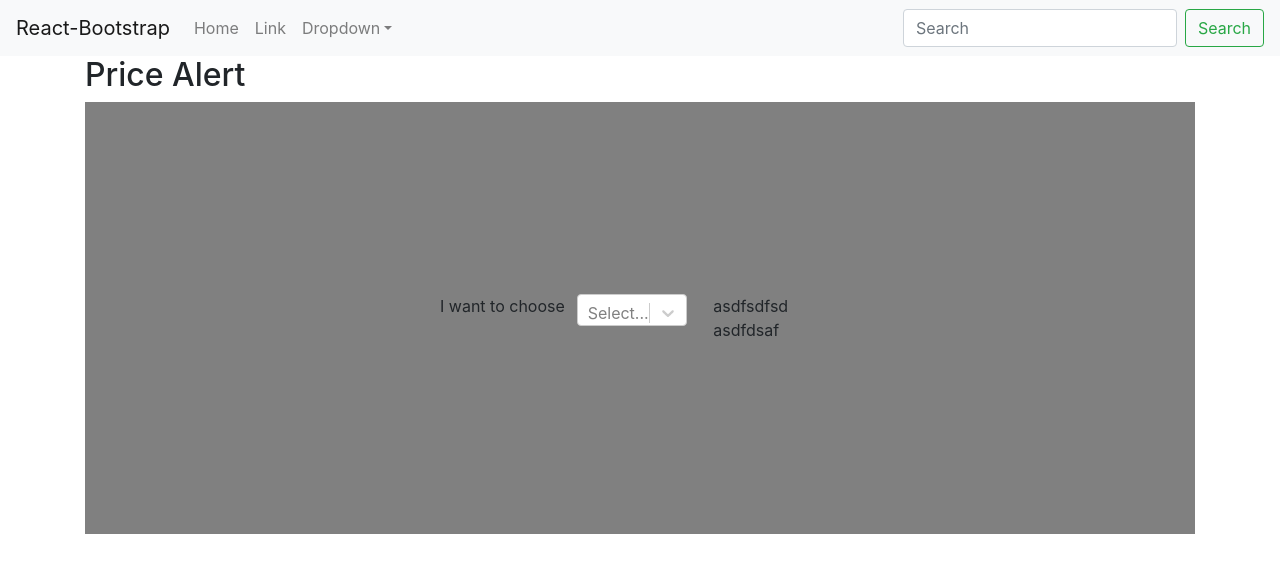
Repository: flychicken123/PriceAlertFront
Page: /
An editor plug-in stored every save of this project. The page is shown before and after the next save, followed by the edit.
The browser window is 1280 px wide. The pictures show the whole page.
The page's requests for data from a server got no answer. The project was rebuilt for these pictures with package versions that can differ from the ones it lists, and the page was loaded fresh each time. No one was signed in, and anything a server would have sent is missing. Also part of the build but not shown: src/App.css.

Above is the page before, as saved 2021-03-07 09:56:42.

### public/index.html
<!DOCTYPE html>
<html lang="en">
  <head>
    <meta charset="utf-8" />
    <link rel="icon" href="%PUBLIC_URL%/favicon.ico" />
    <meta name="viewport" content="width=device-width, initial-scale=1" />
    <meta name="theme-color" content="#000000" />
    <meta
      name="description"
      content="Web site created using create-react-app"
    />
    <link rel="apple-touch-icon" href="%PUBLIC_URL%/logo192.png" />
    <!--
      manifest.json provides metadata used when your web app is installed on a
      user's mobile device or desktop. See https://developers.google.com/web/fundamentals/web-app-manifest/
    -->
    <link rel="manifest" href="%PUBLIC_URL%/manifest.json" />
    <link
  rel="stylesheet"
  href="https://cdn.jsdelivr.net/npm/bootstrap@4.6.0/dist/css/bootstrap.min.css"
  integrity="sha384-B0vP5xmATw1+K9KRQjQERJvTumQW0nPEzvF6L/Z6nronJ3oUOFUFpCjEUQouq2+l"
  crossorigin="anonymous"
/>
<link rel="stylesheet" href="https://fonts.googleapis.com/css?family=Roboto:300,400,500,700&display=swap" />

    <!--
      Notice the use of %PUBLIC_URL% in the tags above.
      It will be replaced with the URL of the `public` folder during the build.
      Only files inside the `public` folder can be referenced from the HTML.

      Unlike "/favicon.ico" or "favicon.ico", "%PUBLIC_URL%/favicon.ico" will
      work correctly both with client-side routing and a non-root public URL.
      Learn how to configure a non-root public URL by running `npm run build`.
    -->
    <title>React App</title>
  </head>
  <body>
    <noscript>You need to enable JavaScript to run this app.</noscript>
    <div id="root"></div>
    <!--
      This HTML file is a template.
      If you open it directly in the browser, you will see an empty page.

      You can add webfonts, meta tags, or analytics to this file.
      The build step will place the bundled scripts into the <body> tag.

      To begin the development, run `npm start` or `yarn start`.
      To create a production bundle, use `npm run build` or `yarn build`.
    -->
  </body>
</html>

### src/App.js
import logo from './logo.svg';
import './App.css';
import { BrowserRouter as Router, Switch, Route } from 'react-router-dom';
import TopNavbar from './components/TopNavbar';
import Home from './components/Home.jsx';
const App = () => {
  return (
    <Router>
      <TopNavbar />
      <Switch>
        <Route path='/' component={Home} />
      </Switch>
    </Router>
  )
}

export default App;

### src/components/TopNavbar.jsx
import React, { Component } from 'react';
import { Button, Navbar, Nav, NavDropdown, Form, FormControl } from "react-bootstrap";
const TopNavbar = () => {
    return (
        <div>
            <Navbar bg="light" expand="lg">
                <Navbar.Brand href="#home">React-Bootstrap</Navbar.Brand>
                <Navbar.Toggle aria-controls="basic-navbar-nav" />
                <Navbar.Collapse id="basic-navbar-nav">
                    <Nav className="mr-auto">
                        <Nav.Link href="#home">Home</Nav.Link>
                        <Nav.Link href="#link">Link</Nav.Link>
                        <NavDropdown title="Dropdown" id="basic-nav-dropdown">
                            <NavDropdown.Item href="#action/3.1">Action</NavDropdown.Item>
                            <NavDropdown.Item href="#action/3.2">Another action</NavDropdown.Item>
                            <NavDropdown.Item href="#action/3.3">Something</NavDropdown.Item>
                            <NavDropdown.Divider />
                            <NavDropdown.Item href="#action/3.4">Separated link</NavDropdown.Item>
                        </NavDropdown>
                    </Nav>
                    <Form inline>
                        <FormControl type="text" placeholder="Search" className="mr-sm-2" />
                        <Button variant="outline-success">Search</Button>
                    </Form>
                </Navbar.Collapse>
            </Navbar>
        </div>
    )
};
export default TopNavbar

### src/components/Home.jsx
import React, { useState, Component, Select, useEffect, useCallback } from 'react';
import AsyncSelect from 'react-select/async';
import { Form, Container, Col } from 'react-bootstrap';

export default function Home(props) {
    const [coinTypes, setCoinTypes] = useState([]);
    const [selectedOption, setSelectedOption] = useState(props ? props.match?.params?.template_id : null);
    const customStyles = {
        control: base => ({
            ...base,
            height: 32,
            minHeight: 30,
            width: 110,
            padding: 0
        })
    };


    // const coinOptions = (f) => {
    //     return [{ name: "- select -", id: "" }, ...coinTypes].map((coinType) => {
    //         return {
    //             label: coinType.name,
    //             value: coinType.id
    //         }
    //     })
    // };
    const handleCoinChange = useCallback((coin_id) => {
        setSelectedOption(coin_id);
        console.log(coin_id.name);
    }, []);
    const fetchCoinList = () => {
        return fetch(`https://6043fea2a20ace001728e9b7.mockapi.io/api/v1/coinlist/coinlist`).then(res => res.json());
    }


    return (

        < div className='mainControl' >
            <Container fluid="md">
                <h2>Price Alert</h2>
                <div style={{ display: 'flex', justifyContent: 'center', alignItems: 'center', height: '60vh', backgroundColor: 'grey', width: '200' }}>

                    <Form>

                        <Form.Row>
                            <Col>
                                I want to choose
                            </Col>
                            <Col>
                                <AsyncSelect
                                    cacheOptions
                                    defaultOptions
                                    onChange={handleCoinChange}
                                    value={selectedOption}
                                    loadOptions={fetchCoinList}
                                    getOptionValue={option => option.id}
                                    getOptionLabel={option => option.name}
                                    styles={customStyles}
                                />
                            </Col>
                            <Col>asdfsdfsd  asdfdsaf</Col>
                        </Form.Row>

                    </Form>

                </div>
            </Container>
        </div >
    )
}

Loaded but not shown: src/index.js (common file); src/index.css (common file); src/reportWebVitals.js (common file)

After the next save:
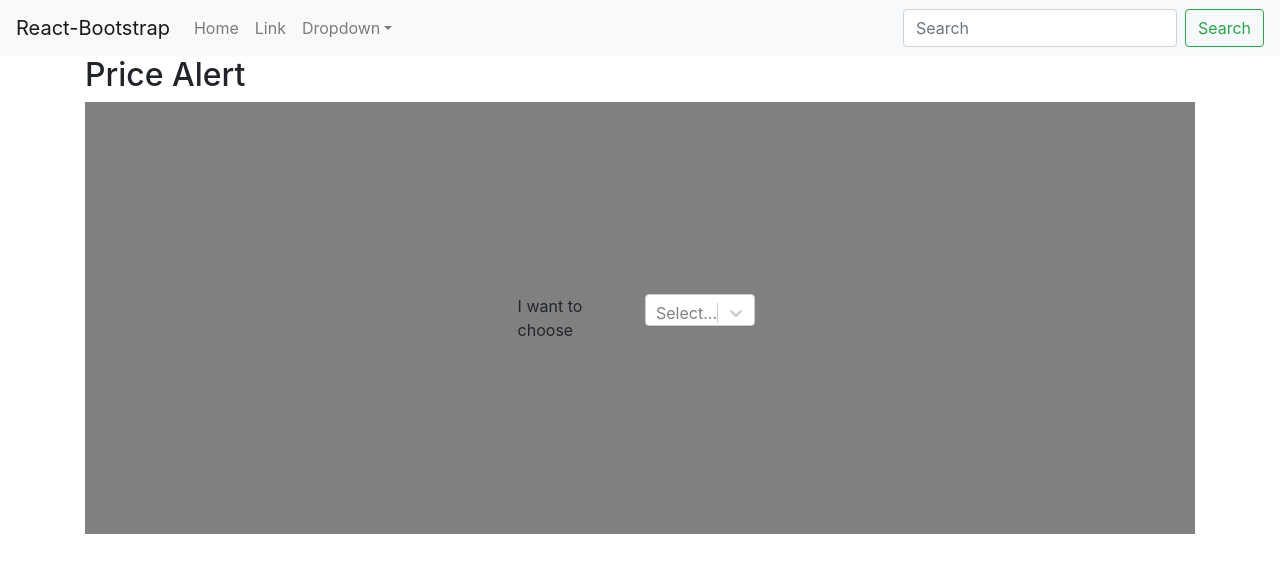
Saved 21 s later.
--- a/src/components/Home.jsx
+++ b/src/components/Home.jsx
@@ -58,7 +58,6 @@
                                     styles={customStyles}
                                 />
                             </Col>
-                            <Col>asdfsdfsd  asdfdsaf</Col>
                         </Form.Row>
 
                     </Form>

After the save that followed:
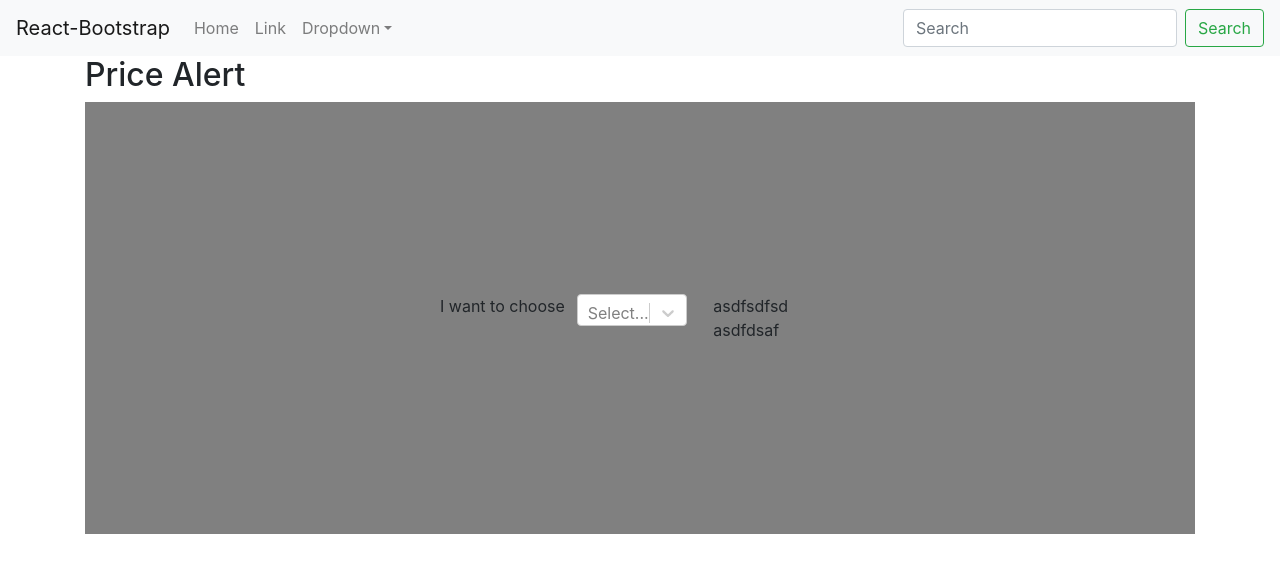
Saved 4 s later.
--- a/src/components/Home.jsx
+++ b/src/components/Home.jsx
@@ -58,6 +58,7 @@
                                     styles={customStyles}
                                 />
                             </Col>
+                            <Col>asdfsdfsd  asdfdsaf</Col>
                         </Form.Row>
 
                     </Form>
